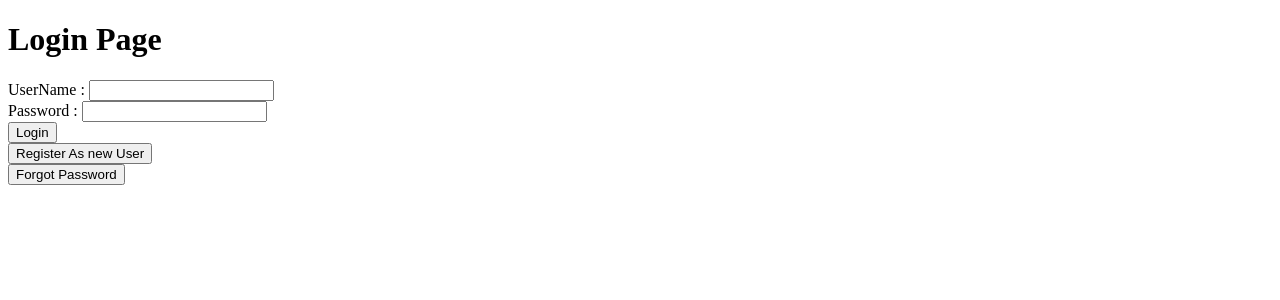
Repository: devgpta19/CDAC-Assignments
Page: http://localhost/ProductsAndUsersUsingJSPAndServlet/Login.jsp
An editor plug-in stored every save of this project. The page is shown before and after the next save, followed by the edit.
The browser window is 1280 px wide. The pictures show the whole page.
The page is served by Tomcat 9.

Above is the page before, as saved 2025-11-27 02:57:01.

After the next save:
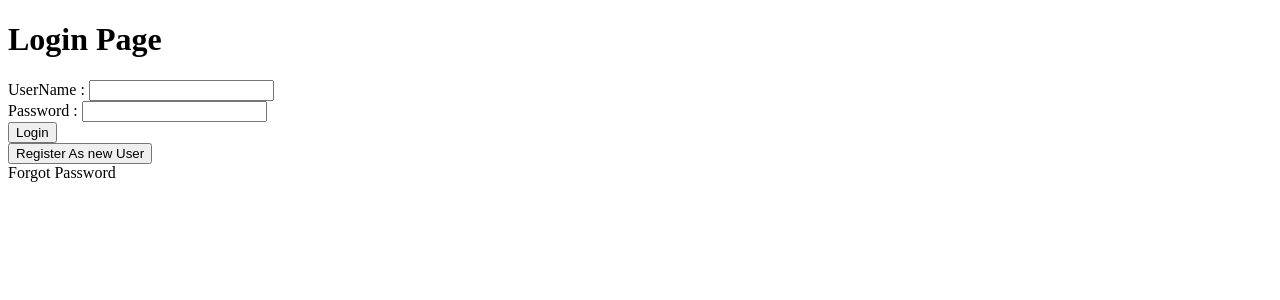
Saved 4 s later.
--- a/Adv.Java/Day6-8/ProductsAndUsersUsingJSPAndServlet/src/main/webapp/Login.jsp
+++ b/Adv.Java/Day6-8/ProductsAndUsersUsingJSPAndServlet/src/main/webapp/Login.jsp
@@ -20,7 +20,8 @@
 				As new User</button>
 		</form>
 		<form action="ForgotPass.jsp">
-			<input type="hidden" name="unm" >
+			<input type="hidden" name="unm" id=">
+
 			<button type="submit" name="btn" id="btn" value="forgotPage">Forgot
 				Password</button>
 		</form>
